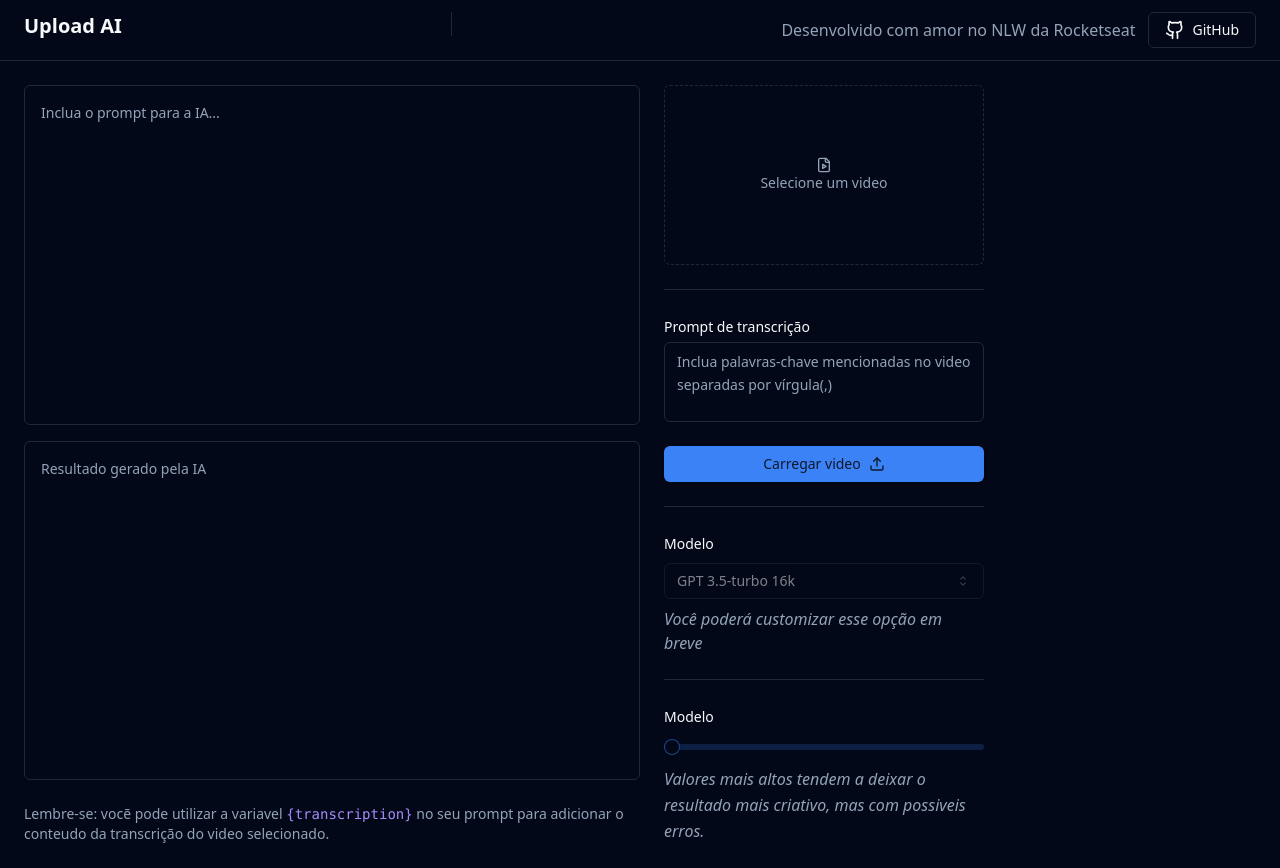
Repository: brksaian/nlw-2023-IA
Page: /
These files come from the project's save history. The page is drawn as it stood at one moment and after the next save; the edit follows.
The browser window is 1280 px wide. The pictures show the whole page.
The project was rebuilt for these pictures with package versions that can differ from the ones it lists, and the page was loaded fresh each time. Also part of the build but not shown: vite.config.ts.

Above is the page before, as saved 2023-09-13 01:02:14.

### index.html
<!DOCTYPE html>
<html lang="en">
  <head>
    <meta charset="UTF-8" />
    <meta name="viewport" content="width=device-width, initial-scale=1.0" />
    <title>Upload AI</title>
  </head>
  <body>
    <div id="root"></div>
    <script type="module" src="/src/main.tsx"></script>
  </body>
</html>

### src/App.tsx
import { Button } from "./components/ui/button";
import { Github, FileVideo, Upload } from "lucide-react";
import { Separator } from "./components/ui/separator";
import { Textarea } from "./components/ui/textarea";
import { Label } from "./components/ui/label";
import {
  Select,
  SelectContent,
  SelectItem,
  SelectTrigger,
  SelectValue,
} from "./components/ui/select";
import { Slider } from "./components/ui/slider";

export function App() {
  return (
    <div className="min-h-screen flex flex-col">
      <div className="px-6 py-3 flex item-center justify-between border-b">
        <h1 className="text-xl font-bold">Upload AI</h1>

        <Separator orientation="vertical" className="h-6" />

        <div className="flex items-center gap-3">
          <span className="text-small text-muted-foreground">
            Desenvolvido com amor no NLW da Rocketseat
          </span>
          <Button variant="outline">
            <Github className="w-5 h-5 mr-2" />
            GitHub
          </Button>
        </div>
      </div>
      <main className="flex-1 p-6 flex gap-6">
        <div className="flex flex-col gap-6 w-1/2">
          <div className="grid grid-rows-2 gap-4 flex-1">
            <Textarea
              placeholder="Inclua o prompt para a IA..."
              className="resize-none p-4 leading-relaxed"
            />
            <Textarea
              placeholder="Resultado gerado pela IA"
              className="resize-none p-4 leading-relaxed"
              readOnly
            />
          </div>
          <p className="text-sm text-muted-foreground">
            Lembre-se: vocẽ pode utilizar a variavel{" "}
            <code className="text-violet-400">{"{transcription}"}</code> no seu
            prompt para adicionar o conteudo da transcrição do video
            selecionado.
          </p>
        </div>
        <aside className="w-80 space-y-6">
          <form className="space-y-6">
            <label
              htmlFor="video"
              className="border flex rounded-md aspect-video cursor-pointer border-dashed text-sm flex-col items-center justify-center text-muted-foreground hover:bg-primary/5"
            >
              <FileVideo className="w-4 h-4" />
              Selecione um video
            </label>
            <input
              type="file"
              name="video"
              id="video"
              className="sr-only"
              accept="video/mp4"
            />

            <Separator />

            <div className="space-y-1">
              <Label htmlFor="transcription-prompt">
                Prompt de transcrição
              </Label>
              <Textarea
                id="transcription-prompt"
                placeholder="Inclua palavras-chave mencionadas no video separadas por vírgula(,)"
                className="h-20 leading-relaxed resize-none"
              />
            </div>

            <Button className="w-full">
              Carregar video
              <Upload className="w-4 h-4 ml-2" />
            </Button>
          </form>

          <Separator />

          <form className="space-y-6">
            <div className="space-y-2">
              <Label htmlFor="keywords">Modelo</Label>
              <Select disabled defaultValue="gpt3.5">
                <SelectTrigger>
                  <SelectValue />
                </SelectTrigger>
                <SelectContent>
                  <SelectItem value={"gpt3.5"}>GPT 3.5-turbo 16k</SelectItem>
                </SelectContent>
              </Select>
              <span className="text-xm text-muted-foreground block italic">
                Você poderá customizar esse opção em breve
              </span>
            </div>
          </form>

          <Separator />

          <form className="space-y-6">
            <div className="space-y-4">
              <Label htmlFor="keywords">Modelo</Label>
              <Slider min={0} max={1} step={0.1} />
              <span className="text-xm text-muted-foreground block italic leading-relaxed">
                Valores mais altos tendem a deixar o resultado mais criativo,
                mas com possiveis erros.
              </span>
            </div>
          </form>
        </aside>
      </main>
    </div>
  );
}

### src/index.css
@tailwind base;
@tailwind components;
@tailwind utilities;

@layer base {
  :root {
    --background: 222.2 84% 4.9%;
    --foreground: 210 40% 98%;
    --card: 222.2 84% 4.9%;
    --card-foreground: 210 40% 98%;
    --popover: 222.2 84% 4.9%;
    --popover-foreground: 210 40% 98%;
    --primary: 217.2 91.2% 59.8%;
    --primary-foreground: 222.2 47.4% 11.2%;
    --secondary: 217.2 32.6% 17.5%;
    --secondary-foreground: 210 40% 98%;
    --muted: 217.2 32.6% 17.5%;
    --muted-foreground: 215 20.2% 65.1%;
    --accent: 217.2 32.6% 17.5%;
    --accent-foreground: 210 40% 98%;
    --destructive: 0 62.8% 30.6%;
    --destructive-foreground: 210 40% 98%;
    --border: 217.2 32.6% 17.5%;
    --input: 217.2 32.6% 17.5%;
    --ring: 224.3 76.3% 48%;

    --radius: 0.5rem;
  }
}

@layer base {
  * {
    @apply border-border;
  }
  body {
    @apply bg-background text-foreground;
  }
}

### src/components/ui/button.tsx
import * as React from "react"
import { Slot } from "@radix-ui/react-slot"
import { cva, type VariantProps } from "class-variance-authority"

import { cn } from "@/lib/utils"

const buttonVariants = cva(
  "inline-flex items-center justify-center rounded-md text-sm font-medium transition-colors focus-visible:outline-none focus-visible:ring-1 focus-visible:ring-ring disabled:pointer-events-none disabled:opacity-50",
  {
    variants: {
      variant: {
        default:
          "bg-primary text-primary-foreground shadow hover:bg-primary/90",
        destructive:
          "bg-destructive text-destructive-foreground shadow-sm hover:bg-destructive/90",
        outline:
          "border border-input bg-transparent shadow-sm hover:bg-accent hover:text-accent-foreground",
        secondary:
          "bg-secondary text-secondary-foreground shadow-sm hover:bg-secondary/80",
        ghost: "hover:bg-accent hover:text-accent-foreground",
        link: "text-primary underline-offset-4 hover:underline",
      },
      size: {
        default: "h-9 px-4 py-2",
        sm: "h-8 rounded-md px-3 text-xs",
        lg: "h-10 rounded-md px-8",
        icon: "h-9 w-9",
      },
    },
    defaultVariants: {
      variant: "default",
      size: "default",
    },
  }
)

export interface ButtonProps
  extends React.ButtonHTMLAttributes<HTMLButtonElement>,
    VariantProps<typeof buttonVariants> {
  asChild?: boolean
}

const Button = React.forwardRef<HTMLButtonElement, ButtonProps>(
  ({ className, variant, size, asChild = false, ...props }, ref) => {
    const Comp = asChild ? Slot : "button"
    return (
      <Comp
        className={cn(buttonVariants({ variant, size, className }))}
        ref={ref}
        {...props}
      />
    )
  }
)
Button.displayName = "Button"

export { Button, buttonVariants }

### src/components/ui/separator.tsx
import * as React from "react"
import * as SeparatorPrimitive from "@radix-ui/react-separator"

import { cn } from "@/lib/utils"

const Separator = React.forwardRef<
  React.ElementRef<typeof SeparatorPrimitive.Root>,
  React.ComponentPropsWithoutRef<typeof SeparatorPrimitive.Root>
>(
  (
    { className, orientation = "horizontal", decorative = true, ...props },
    ref
  ) => (
    <SeparatorPrimitive.Root
      ref={ref}
      decorative={decorative}
      orientation={orientation}
      className={cn(
        "shrink-0 bg-border",
        orientation === "horizontal" ? "h-[1px] w-full" : "h-full w-[1px]",
        className
      )}
      {...props}
    />
  )
)
Separator.displayName = SeparatorPrimitive.Root.displayName

export { Separator }

### src/components/ui/textarea.tsx
import * as React from "react"

import { cn } from "@/lib/utils"

export interface TextareaProps
  extends React.TextareaHTMLAttributes<HTMLTextAreaElement> {}

const Textarea = React.forwardRef<HTMLTextAreaElement, TextareaProps>(
  ({ className, ...props }, ref) => {
    return (
      <textarea
        className={cn(
          "flex min-h-[60px] w-full rounded-md border border-input bg-transparent px-3 py-2 text-sm shadow-sm placeholder:text-muted-foreground focus-visible:outline-none focus-visible:ring-1 focus-visible:ring-ring disabled:cursor-not-allowed disabled:opacity-50",
          className
        )}
        ref={ref}
        {...props}
      />
    )
  }
)
Textarea.displayName = "Textarea"

export { Textarea }

### src/components/ui/label.tsx
import * as React from "react"
import * as LabelPrimitive from "@radix-ui/react-label"
import { cva, type VariantProps } from "class-variance-authority"

import { cn } from "@/lib/utils"

const labelVariants = cva(
  "text-sm font-medium leading-none peer-disabled:cursor-not-allowed peer-disabled:opacity-70"
)

const Label = React.forwardRef<
  React.ElementRef<typeof LabelPrimitive.Root>,
  React.ComponentPropsWithoutRef<typeof LabelPrimitive.Root> &
    VariantProps<typeof labelVariants>
>(({ className, ...props }, ref) => (
  <LabelPrimitive.Root
    ref={ref}
    className={cn(labelVariants(), className)}
    {...props}
  />
))
Label.displayName = LabelPrimitive.Root.displayName

export { Label }

### src/components/ui/select.tsx
import * as React from "react"
import { CaretSortIcon, CheckIcon } from "@radix-ui/react-icons"
import * as SelectPrimitive from "@radix-ui/react-select"

import { cn } from "@/lib/utils"

const Select = SelectPrimitive.Root

const SelectGroup = SelectPrimitive.Group

const SelectValue = SelectPrimitive.Value

const SelectTrigger = React.forwardRef<
  React.ElementRef<typeof SelectPrimitive.Trigger>,
  React.ComponentPropsWithoutRef<typeof SelectPrimitive.Trigger>
>(({ className, children, ...props }, ref) => (
  <SelectPrimitive.Trigger
    ref={ref}
    className={cn(
      "flex h-9 w-full items-center justify-between rounded-md border border-input bg-transparent px-3 py-2 text-sm shadow-sm ring-offset-background placeholder:text-muted-foreground focus:outline-none focus:ring-1 focus:ring-ring disabled:cursor-not-allowed disabled:opacity-50",
      className
    )}
    {...props}
  >
    {children}
    <SelectPrimitive.Icon asChild>
      <CaretSortIcon className="h-4 w-4 opacity-50" />
    </SelectPrimitive.Icon>
  </SelectPrimitive.Trigger>
))
SelectTrigger.displayName = SelectPrimitive.Trigger.displayName

const SelectContent = React.forwardRef<
  React.ElementRef<typeof SelectPrimitive.Content>,
  React.ComponentPropsWithoutRef<typeof SelectPrimitive.Content>
>(({ className, children, position = "popper", ...props }, ref) => (
  <SelectPrimitive.Portal>
    <SelectPrimitive.Content
      ref={ref}
      className={cn(
        "relative z-50 min-w-[8rem] overflow-hidden rounded-md border bg-popover text-popover-foreground shadow-md data-[state=open]:animate-in data-[state=closed]:animate-out data-[state=closed]:fade-out-0 data-[state=open]:fade-in-0 data-[state=closed]:zoom-out-95 data-[state=open]:zoom-in-95 data-[side=bottom]:slide-in-from-top-2 data-[side=left]:slide-in-from-right-2 data-[side=right]:slide-in-from-left-2 data-[side=top]:slide-in-from-bottom-2",
        position === "popper" &&
          "data-[side=bottom]:translate-y-1 data-[side=left]:-translate-x-1 data-[side=right]:translate-x-1 data-[side=top]:-translate-y-1",
        className
      )}
      position={position}
      {...props}
    >
      <SelectPrimitive.Viewport
        className={cn(
          "p-1",
          position === "popper" &&
            "h-[var(--radix-select-trigger-height)] w-full min-w-[var(--radix-select-trigger-width)]"
        )}
      >
        {children}
      </SelectPrimitive.Viewport>
    </SelectPrimitive.Content>
  </SelectPrimitive.Portal>
))
SelectContent.displayName = SelectPrimitive.Content.displayName

const SelectLabel = React.forwardRef<
  React.ElementRef<typeof SelectPrimitive.Label>,
  React.ComponentPropsWithoutRef<typeof SelectPrimitive.Label>
>(({ className, ...props }, ref) => (
  <SelectPrimitive.Label
    ref={ref}
    className={cn("px-2 py-1.5 text-sm font-semibold", className)}
    {...props}
  />
))
SelectLabel.displayName = SelectPrimitive.Label.displayName

const SelectItem = React.forwardRef<
  React.ElementRef<typeof SelectPrimitive.Item>,
  React.ComponentPropsWithoutRef<typeof SelectPrimitive.Item>
>(({ className, children, ...props }, ref) => (
  <SelectPrimitive.Item
    ref={ref}
    className={cn(
      "relative flex w-full cursor-default select-none items-center rounded-sm py-1.5 pl-2 pr-8 text-sm outline-none focus:bg-accent focus:text-accent-foreground data-[disabled]:pointer-events-none data-[disabled]:opacity-50",
      className
    )}
    {...props}
  >
    <span className="absolute right-2 flex h-3.5 w-3.5 items-center justify-center">
      <SelectPrimitive.ItemIndicator>
        <CheckIcon className="h-4 w-4" />
      </SelectPrimitive.ItemIndicator>
    </span>
    <SelectPrimitive.ItemText>{children}</SelectPrimitive.ItemText>
  </SelectPrimitive.Item>
))
SelectItem.displayName = SelectPrimitive.Item.displayName

const SelectSeparator = React.forwardRef<
  React.ElementRef<typeof SelectPrimitive.Separator>,
  React.ComponentPropsWithoutRef<typeof SelectPrimitive.Separator>
>(({ className, ...props }, ref) => (
  <SelectPrimitive.Separator
    ref={ref}
    className={cn("-mx-1 my-1 h-px bg-muted", className)}
    {...props}
  />
))
SelectSeparator.displayName = SelectPrimitive.Separator.displayName

export {
  Select,
  SelectGroup,
  SelectValue,
  SelectTrigger,
  SelectContent,
  SelectLabel,
  SelectItem,
  SelectSeparator,
}

### src/components/ui/slider.tsx
import * as React from "react"
import * as SliderPrimitive from "@radix-ui/react-slider"

import { cn } from "@/lib/utils"

const Slider = React.forwardRef<
  React.ElementRef<typeof SliderPrimitive.Root>,
  React.ComponentPropsWithoutRef<typeof SliderPrimitive.Root>
>(({ className, ...props }, ref) => (
  <SliderPrimitive.Root
    ref={ref}
    className={cn(
      "relative flex w-full touch-none select-none items-center",
      className
    )}
    {...props}
  >
    <SliderPrimitive.Track className="relative h-1.5 w-full grow overflow-hidden rounded-full bg-primary/20">
      <SliderPrimitive.Range className="absolute h-full bg-primary" />
    </SliderPrimitive.Track>
    <SliderPrimitive.Thumb className="block h-4 w-4 rounded-full border border-primary/50 bg-background shadow transition-colors focus-visible:outline-none focus-visible:ring-1 focus-visible:ring-ring disabled:pointer-events-none disabled:opacity-50" />
  </SliderPrimitive.Root>
))
Slider.displayName = SliderPrimitive.Root.displayName

export { Slider }

Loaded but not shown: src/main.tsx (common file); src/lib/utils.ts (common file); tailwind.config.js (common file)

After the next save:
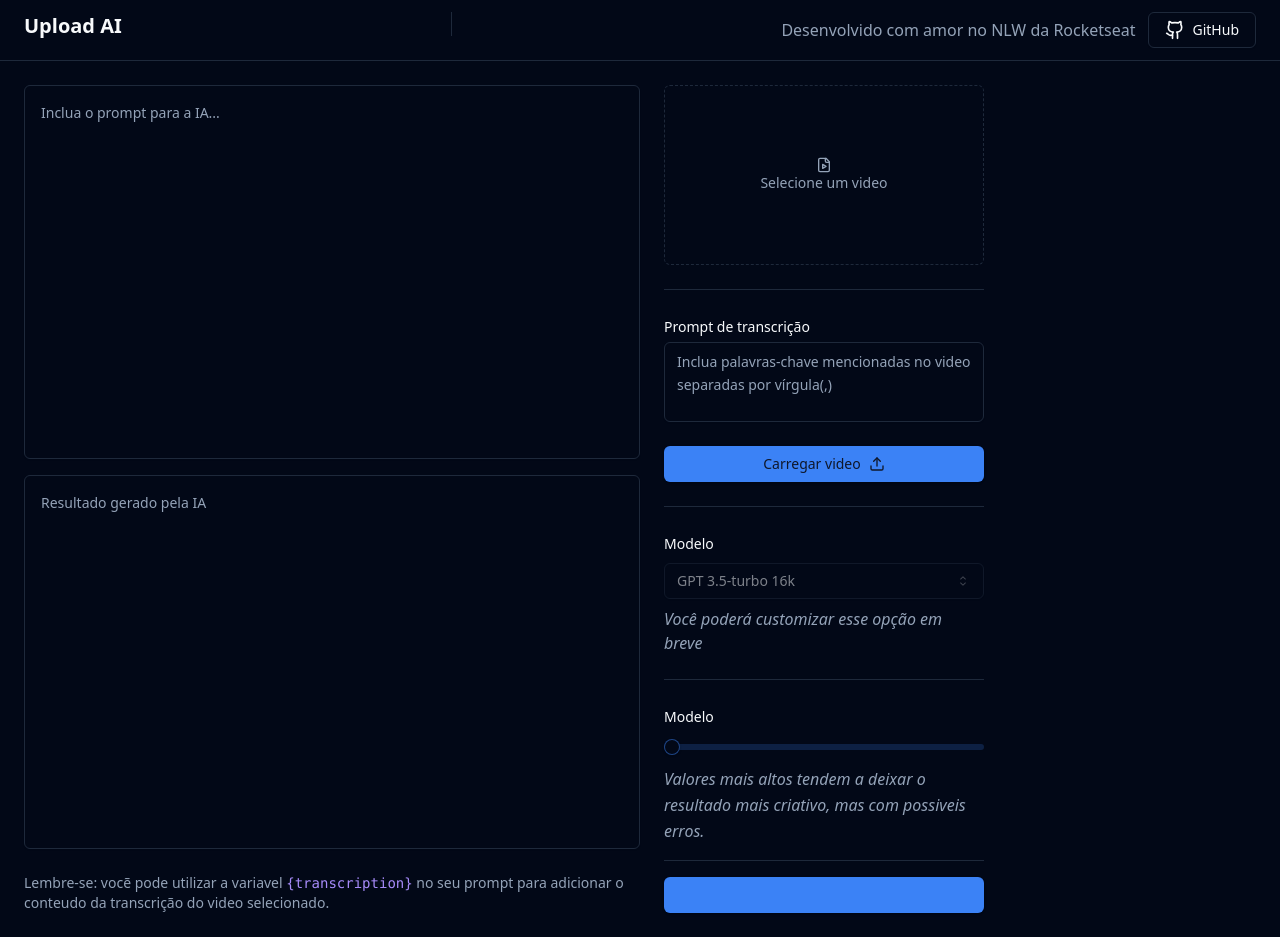
Saved 41 s later.
--- a/src/App.tsx
+++ b/src/App.tsx
@@ -115,6 +115,10 @@ export function App() {
                 Valores mais altos tendem a deixar o resultado mais criativo,
                 mas com possiveis erros.
               </span>
+
+              <Separator />
+
+              <Button className="w-full"></Button>
             </div>
           </form>
         </aside>
